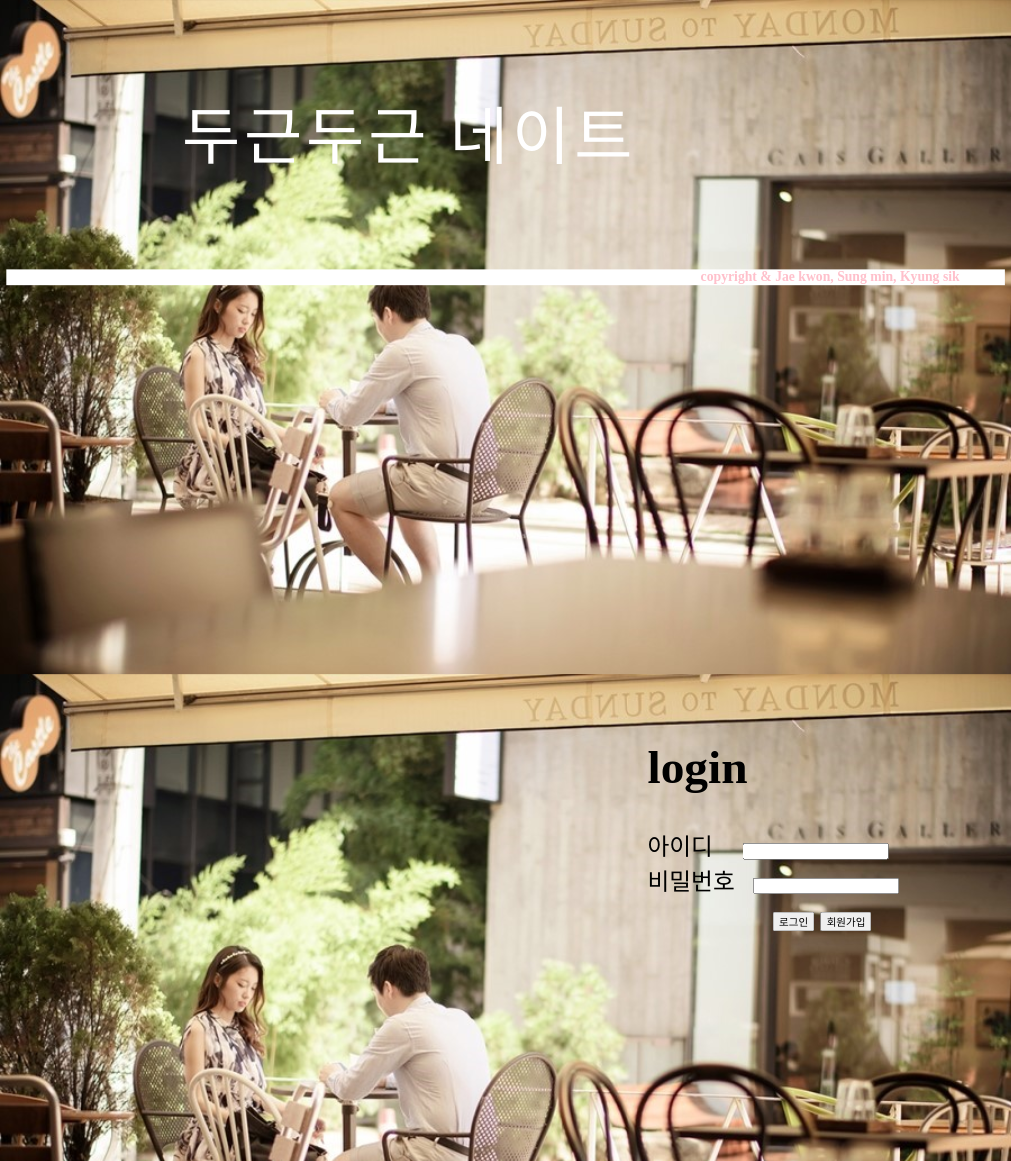
Repository: pinokio531/date_application
Page: http://localhost/doogeunDate/indexPage.jsp
The author's editor kept a copy of each file at every save. The page is drawn from the files as they stood at one save, then again after the next save.
The browser window is 1280 px wide. The pictures show the whole page, at 79% of full size.
Some web fonts or font styles are not loaded; a fallback is used. The page is served by Tomcat 9.

Above is the page before, as saved 2019-06-04 10:05:51.

After the next save:
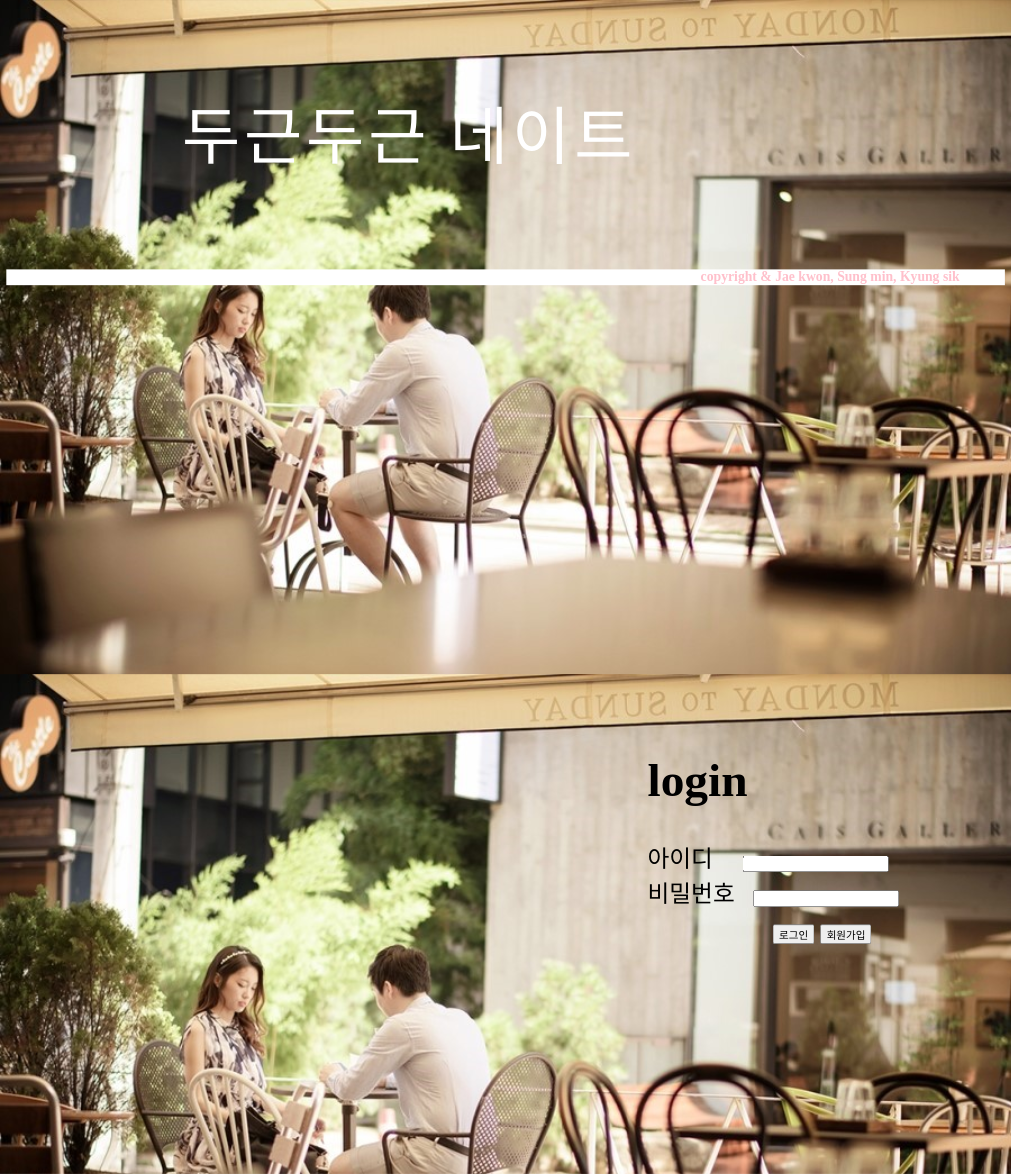
Saved 21 s later.
--- a/doogeunDate/WebContent/indexPage.jsp
+++ b/doogeunDate/WebContent/indexPage.jsp
@@ -15,6 +15,7 @@
 	<div id="header">
 		<p>두근두근 데이트</p>
 	</div>
+	<div id="container">
 	<form action="f_login.jsp" method="post">
 		<div class="blank">&nbsp;</div>
 			<div class="login">
@@ -28,6 +29,7 @@
 				</div>
 			</div>
 	</form>
+	</div>
 	<div class="footer">
 		<p>copyright & Jae kwon, Sung min, Kyung sik</p>
 	</div>
